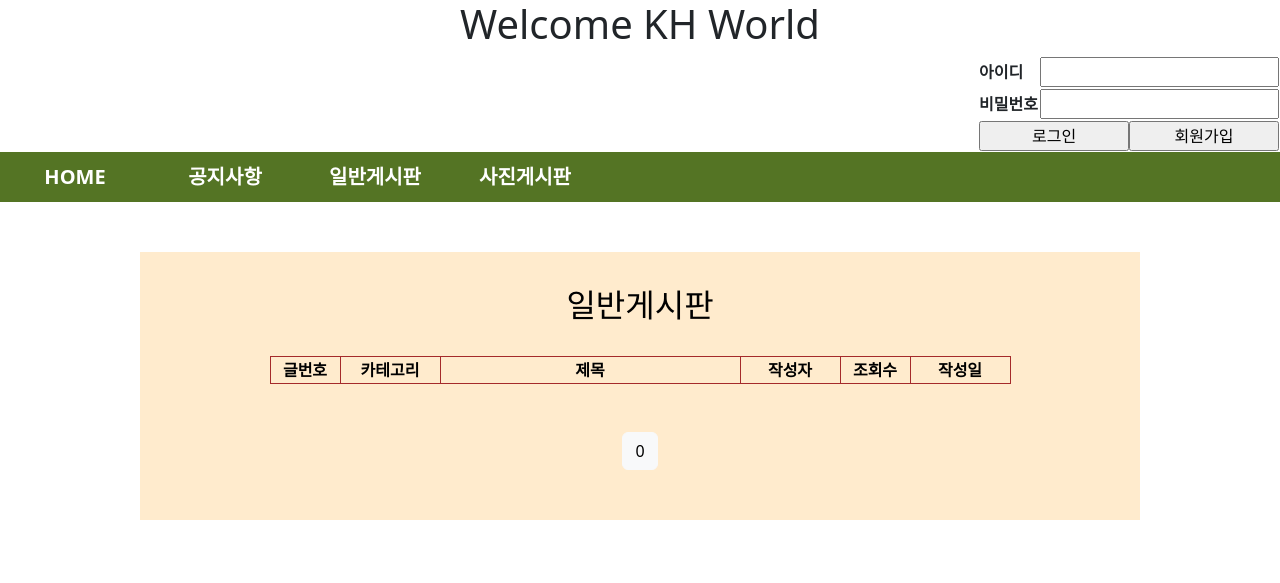
Repository: eru2/Study
Page: http://localhost/JspProject/
An editor plug-in stored every save of this project. The page is shown before and after the next save, followed by the edit.
The browser window is 1280 px wide. The pictures show the whole page.
The page is served by Tomcat 10. The template is opened directly, without the code that normally fills it, so the values that code supplies are empty.

Above is the page before, as saved 2025-02-27 08:51:06.

After the next save:
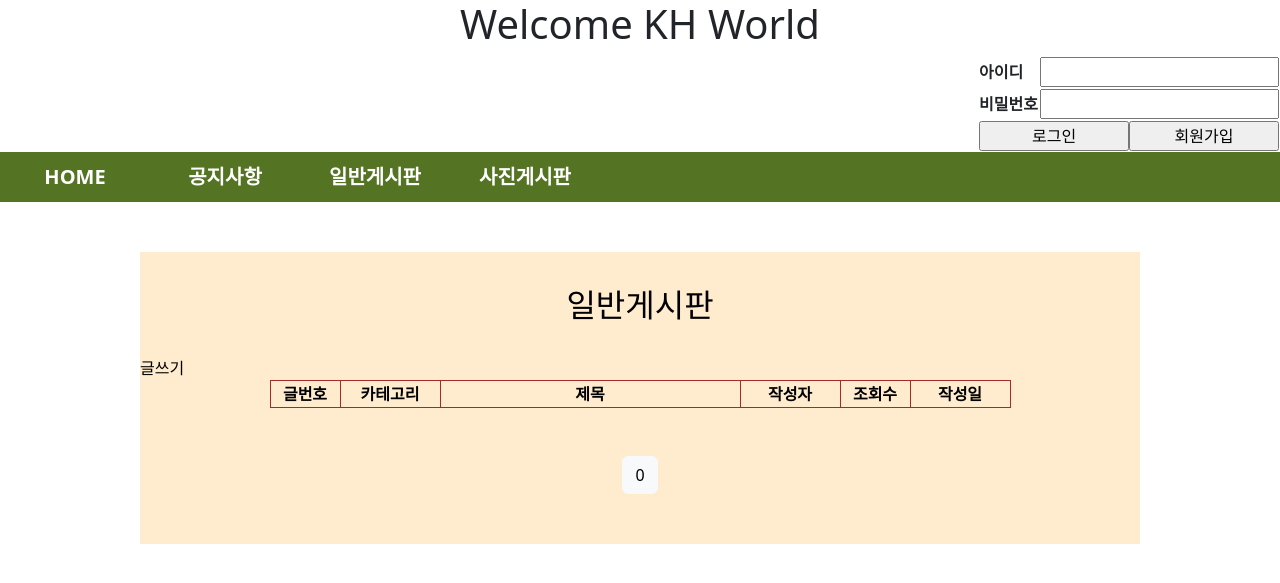
Saved 15 h 23 min later.
--- a/07_JSP/JspProject/src/main/webapp/views/board/boardListView.jsp
+++ b/07_JSP/JspProject/src/main/webapp/views/board/boardListView.jsp
@@ -39,6 +39,9 @@
         <h2 align="center">일반게시판</h2>
         <br>
 
+		<div>
+			<a>글쓰기</a>
+		</div>
         <table align="center" class="list-area">
             <thead>
                 <th width="70">글번호</th>
